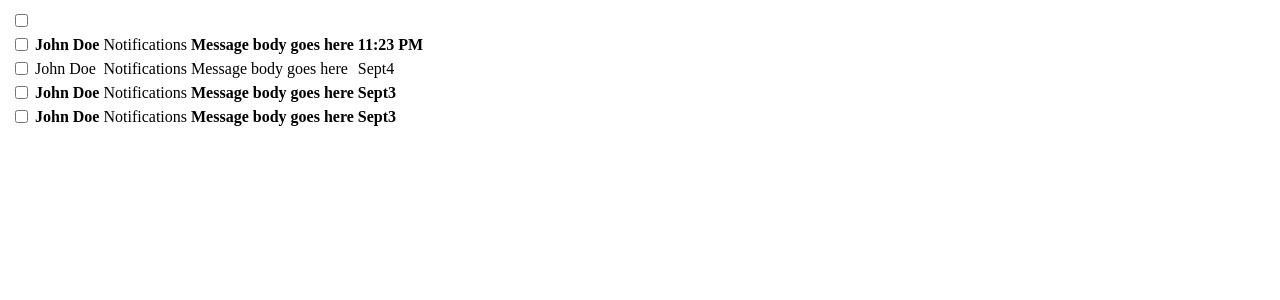
Repository: navang/JJAM_project
Page: http://localhost/jjam/WEB-INF/views/jjam_6_mypage_letter.jsp
An editor plug-in stored every save of this project. The page is shown before and after the next save, followed by the edit.
The browser window is 1280 px wide. The pictures show the whole page.
The page is served by Tomcat 9. Nobody is signed in. Other server files are loaded and not shown. The template is opened directly, without the code that normally fills it, so the values that code supplies are empty.

Above is the page before, as saved 2019-07-20 04:28:55.

### jjam/src/main/webapp/WEB-INF/views/jjam_6_mypage_letter.jsp
<%@ page language="java" contentType="text/html; charset=UTF-8"
    pageEncoding="UTF-8"%>
<!DOCTYPE html>
<html>
<head>
<meta charset="UTF-8">
<title>Insert title here</title>


</head>
<body>
<table class="table table-condensed table-hover">
  <thead>
    <tr>
      <th class="span1"><input type="checkbox"></th>
      <th class="span2"></th>
      <th class="span2"></th>
      <th class="span9"></th>
      <th class="span2"></th>
    </tr>
  </thead>
  <tbody>
    <tr>
      <td><input type="checkbox"> <a href="#"><i class="icon-star-empty"></i></a></td>
      <td><strong>John Doe</strong></td>
      <td><span class="label pull-right">Notifications</span></td>
      <td><strong>Message body goes here</strong></td>
      <td><strong>11:23 PM</strong></td>
    </tr>
    <tr>
      <td><input type="checkbox"> <a href="#"><i class="icon-star-empty"></i></a></td>
      <td>John Doe</td>
      <td><span class="label pull-right">Notifications</span></td>
      <td>Message body goes here</td>
      <td>Sept4</td>
    </tr>
    <tr>
      <td><input type="checkbox"> <a href="#"><i class="icon-star"></i></a></td>
      <td><strong>John Doe</strong></td>
      <td><span class="label pull-right">Notifications</span></td>
      <td><strong>Message body goes here</strong></td>
      <td><strong>Sept3</strong></td>
    </tr>
    <tr>
      <td><input type="checkbox"> <a href="#"><i class="icon-star"></i></a></td>
      <td><strong>John Doe</strong></td>
      <td><span class="label pull-right">Notifications</span></td>
      <td><strong>Message body goes here</strong></td>
      <td><strong>Sept3</strong></td>
    </tr>
  </tbody>
</table>


</body>
</html>

After the next save:
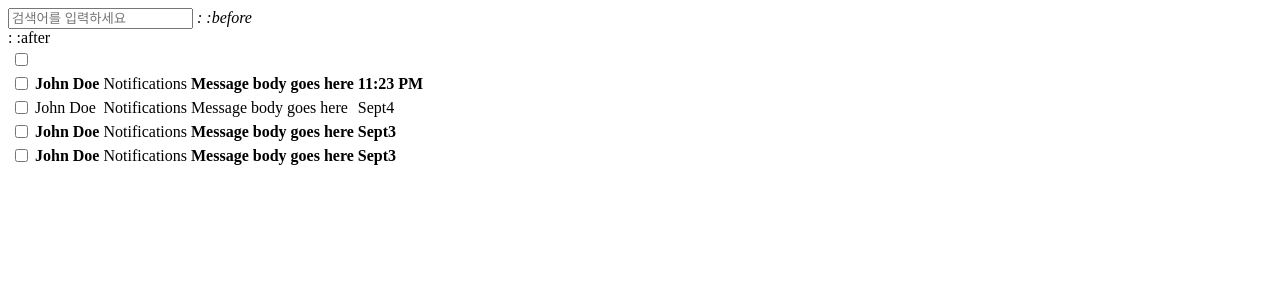
Saved 18 min 37 s later.
--- a/jjam/src/main/webapp/WEB-INF/views/jjam_6_mypage_letter.jsp
+++ b/jjam/src/main/webapp/WEB-INF/views/jjam_6_mypage_letter.jsp
@@ -9,6 +9,17 @@
 
 </head>
 <body>
+<div class="col-lg-5 col-md-4 col-6">
+<div class="input-group search">
+	<input type="text" class="form-control" placeholder="검색어를 입력하세요">
+	<span class="input-group-addon">
+		<i class="zmdi zmdi-search">
+			: :before
+		</i>
+	</span>
+</div>
+</div>
+		: :after
 <table class="table table-condensed table-hover">
   <thead>
     <tr>
